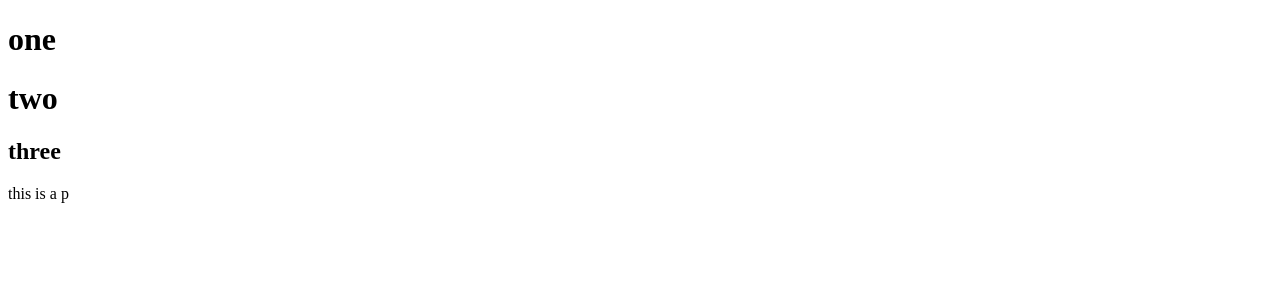
Repository: supercubes/Web
Page: first.html
These files come from the project's save history. The page is drawn as it stood at one moment and after a run of saves; the edit follows.
The browser window is 1280 px wide. The pictures show the whole page.

Above is the page before, as saved 2025-03-21 20:07:52.

### first.html
<!DOCTYPE html>
<html lang="en">
<head>
    <meta charset="UTF-8">
    <meta http-equiv="X-UA-Compatible" content="IE=Edge">
    <meta name="viewport" content="width=device-width,initial-scale=1.0">
    <title>document</title>
</head>
<body>
    <h1>one</h1>
    <h1>two</h1>
    <h2>three</h2>
    <p>this is a p </p>
    <p></p>
</body>
</html>

After the next 2 saves:
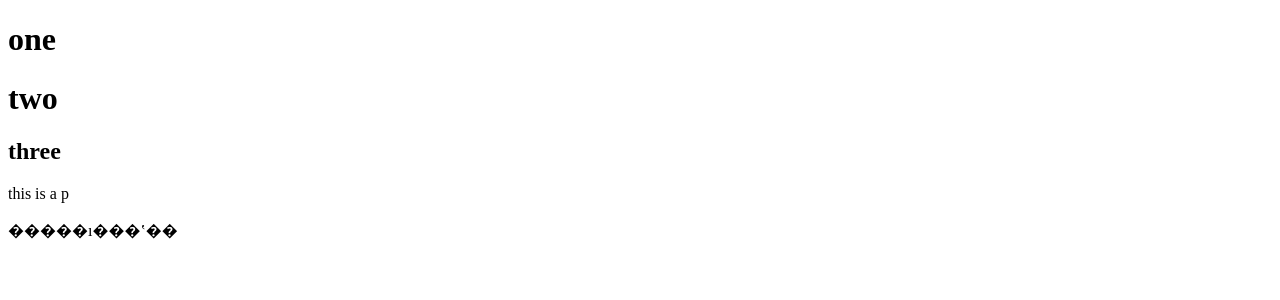
The 2 saves are shown as one change because they came seconds apart.
The last was saved 10 s later.
--- a/first.html
+++ b/first.html
@@ -11,6 +11,6 @@
     <h1>two</h1>
     <h2>three</h2>
     <p>this is a p </p>
-    <p></p>
+    <p>뫘맣匡굶湳駕：</p>
 </body>
 </html>
